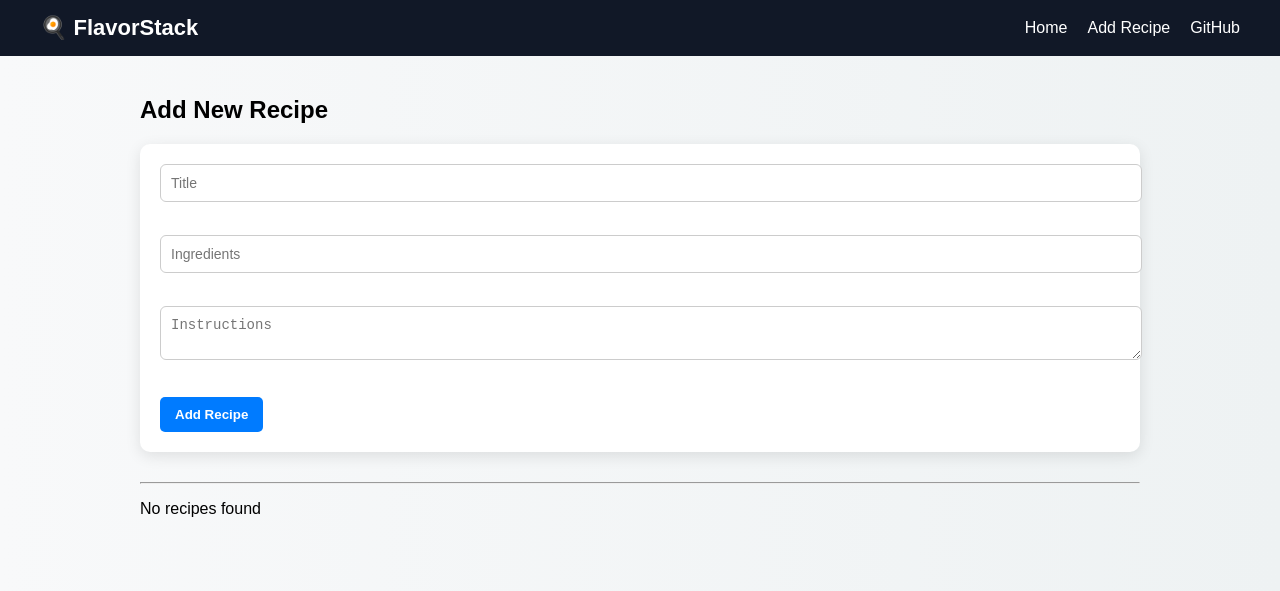
Repository: arshathdevo/recipeblogfrontend
Page: /
An editor plug-in stored every save of this project. The page is shown before and after the next save, followed by the edit.
The browser window is 1280 px wide. The pictures show the whole page.
The page's requests for data from a server got no answer. The project was rebuilt for these pictures with package versions that can differ from the ones it lists, and the page was loaded fresh each time. No one was signed in, and anything a server would have sent is missing.

Above is the page before, as saved 2026-02-14 12:14:06.

After the next save:
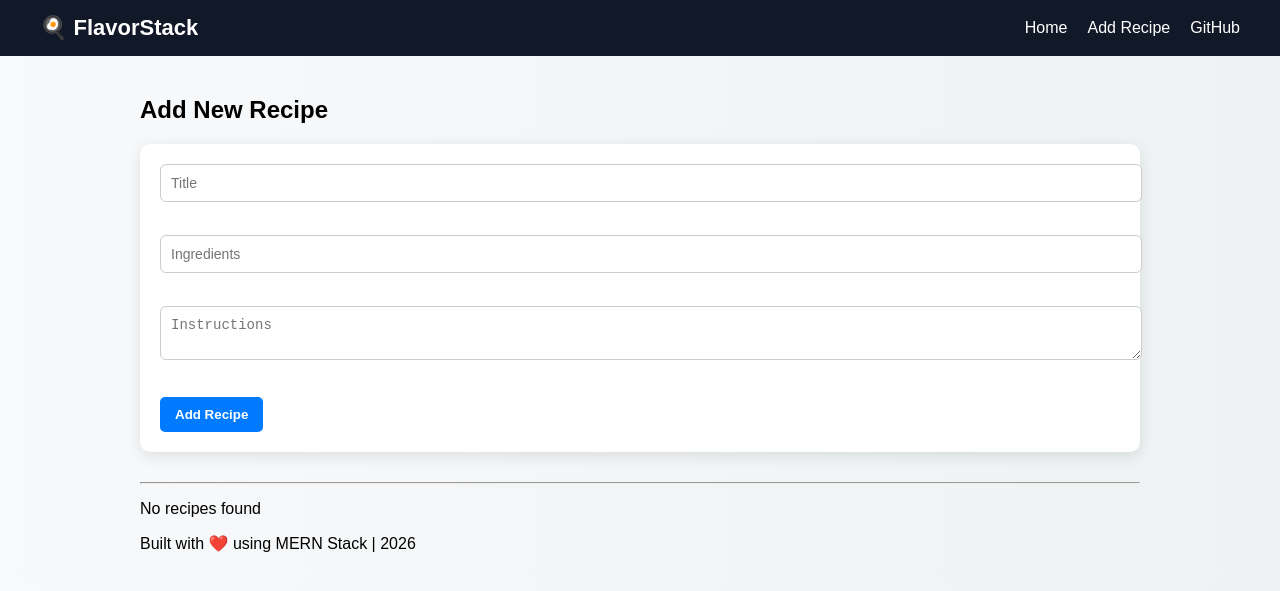
Saved 51 s later.
--- a/src/App.js
+++ b/src/App.js
@@ -261,7 +261,10 @@ const handleEdit = (recipe) => {
 
         ))}
         </div>
-      )}
+      )}<footer className="footer">
+  Built with ❤️ using MERN Stack | 2026
+</footer>
+
     </div></>
   );
 }
